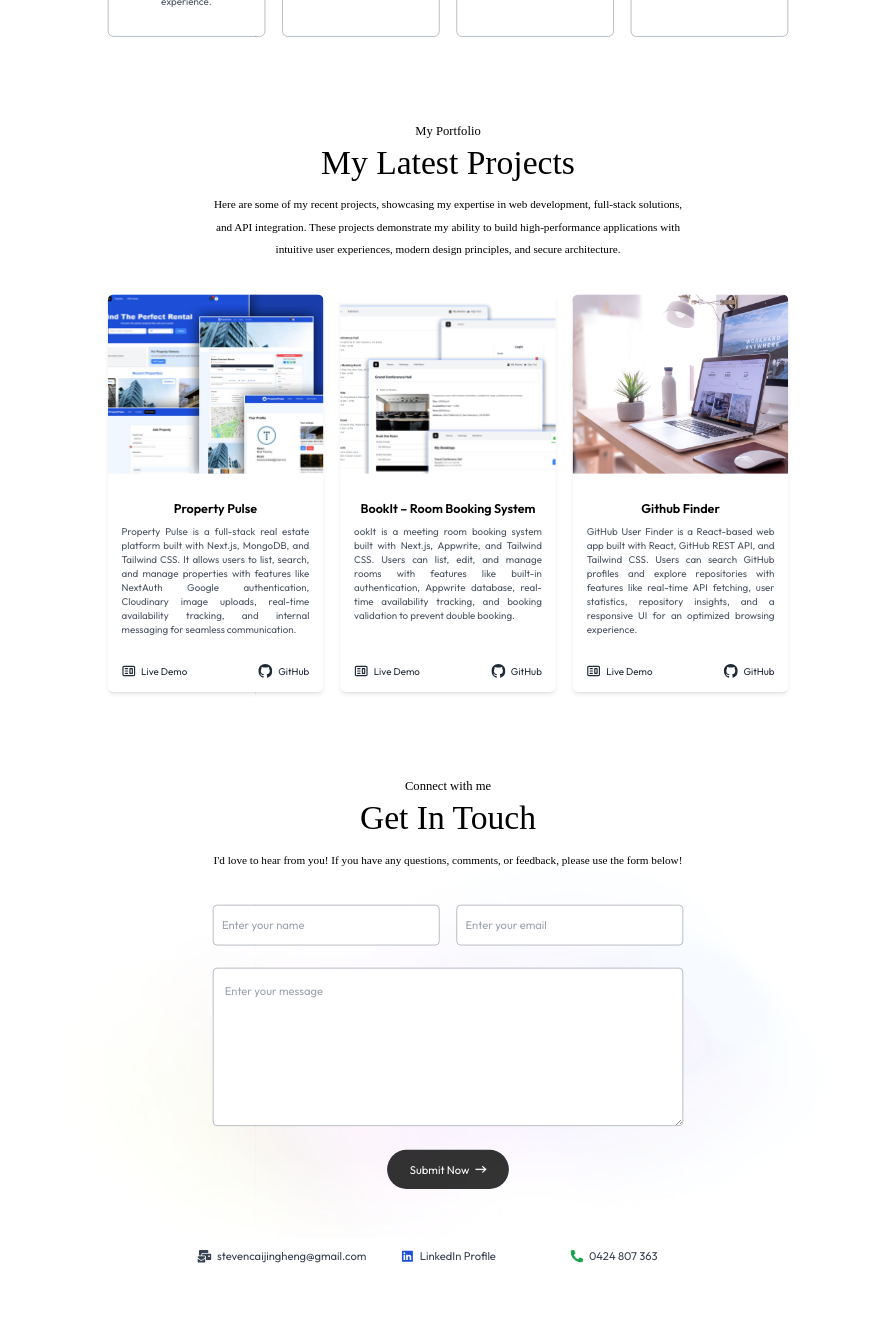
Repository: Steven4cai/profolio
Page: /
These files come from the project's save history. The page is drawn as it stood at one moment and after a run of saves; the edit follows.
The browser window is 1280 px wide. The pictures show the part of the page from y = 2221 to 4141 px (the page is 4241 px tall), at 70% of full size.
Some web fonts or font styles are not loaded; a fallback is used. The project was rebuilt for these pictures with package versions that can differ from the ones it lists, and the page was loaded fresh each time. The framework's server and built-in components were replaced by stand-ins that run in the browser. Also part of the build but not shown: next.config.mjs.

Above is the page before, as saved 2025-02-09 14:47:53.

### app/layout.js
import {Outfit,Ovo} from "next/font/google";
import "./globals.css";

const outfit = Outfit({
  subsets: ["latin"],weight:["400","500","600","700"]
});

const ovo = Ovo({
  subsets: ["latin"],weight:["400"]
});

export const metadata = {
  title: "Profolio - Steven",
  description: "",
};

export default function RootLayout({ children }) {
  return (
    <html lang="en" className="scroll-smooth ">
      <body className={`${outfit.className} ${ovo.className} antialiased leading-8 overflow-x-hidden
      dark:bg-darkTheme dark:text-white`}>
        <main>{children}</main>
      </body>
    </html>
  );
}

### app/page.js
'use client'
import About from "@/components/About";
import Header from "@/components/Header";
import Navbar from "@/components/Navbar";
import Services from "@/components/Services";
import Work from "@/components/Work";
import Contact from "@/components/Contact";
import Footer from "@/components/Footer";
import { useEffect, useState } from "react";

export default function Home() {
  const [isDark,setIsDark] = useState(false)

  useEffect(()=>{
    if(localStorage.theme === 'dark' || (!('theme' in localStorage) && window.matchMedia('(prefers-color-scheme:dark)').matches)){
      setIsDark(true)
    }else{
      setIsDark(false)
    }
  },[])

  useEffect(()=>{
    if(isDark){
      document.documentElement.classList.add('dark')
      localStorage.theme = 'dark'
    }else{
      document.documentElement.classList.remove('dark')
      localStorage.theme = ''
    }
  } ,[isDark])
  return (
    <>
    <Navbar isDark = {isDark} setIsDark = {setIsDark}/>
    <Header isDark = {isDark}/>
    <About isDark = {isDark}/>
    <Services isDark = {isDark}/>
    <Work isDark = {isDark}/>
    <Contact isDark = {isDark}/>
    <Footer isDark = {isDark}/>
    </>
  );
}

### components/About.jsx
import Image from 'next/image'
import React from 'react'
import {assets, infoList, toolsData} from '@/assets/assets'


const About = ({isDark}) => {
  return (
    <div id='about' className='w-full px-[12%] py-10 scroll-mt-20'>
      <h4 className='text-center mb-2 text-lg font-Ovo'>Introduction</h4>
      <h2 className='text-center text-5xl font-Ovo'>About Me</h2>

    <div className='flex w-full flex-col lg:flex-row items-center gap-20 my-20'>
        <div className='w-64 sm:w-80 rounded-3xl max-w-none'>
            <Image src={assets.user_image} alt='user'
            className='w-full rounded-3xl'/>
        </div>
        <div className='flex-1'>
            <p className='mb-10 max-w-2xl font-Ovo'>
            I am a web developer with a background in IT and software
         engineering. I specialize in building scalable and efficient web
          applications, focusing on clean code, performance optimization,
          and user experience. Skilled in both front-end and back-end
          technologies, I am always eager to learn and apply new solutions.
            </p>
            <ul className='grid grid-cols-1 sm:grid-cols-3 gap-6 max-w-2xl'>
                {infoList.map((info,index) => (
                    <li
                    className='border-[0.5px] border-gray-400 rounded-xl p-6
                    cursor-pointer hover:bg-lightHover hover:-translate-y-1 duration-500
                    hover:shadow-black
                    dark:border-white dark:hovr:shadow-white dark:hover:bg-darkHover/50'
                    key={index}>
                        <Image src={isDark ? info.iconDark : info.icon} alt={info.title} className='w-7 mt-3'/>
                        <h3 className='my-4 font-semiblod text-gray-700 dark:text-white'>{info.title}</h3>
                        <p className='text-gray-600 text-sm dark:text-white/80'>{info.description}</p>
                    </li>
                ))}
            </ul>

            <h4 className='my-6 text-gray-700 font-Ovo dark:text-white/80'>Tools I use</h4>


                <ul className='flex items-center gap-3 sm:gap-5'>
                    {toolsData.map((tool,index) => (
                        <li className=
                        'flex items-center justify-center w-12 sm:w-14 aspect-square border border-gray-400 rounded-lg cursor-pointer hover:-translate-y-1 duration-500'
                         key={index}>
                            <Image src={tool} alt='Tool' className='w-5 sm:w-7' />
                        </li>
                    ))}
                </ul>
        </div>
    </div>

    </div>
  )
}

export default About

### components/Header.jsx
import React from 'react'
import Image from 'next/image'
import {assets} from '@/assets/assets'

const Header = () => {
  return (
    <div className=
    'w-11/12 max-w-3xl text-center mx-auto h-screen flex flex-col items-center justify-center gap-4'>
      <div>
        <Image src={assets.profile_img} alt='' className='rounded-full w-32'/>
      </div>
      <h3 className='flex items-end gap-2 text-xl md:text-2xl mb-3 font-Ovo'>Hi! I'm Steven Cai <Image src={assets.hand_icon} alt='' className='w-6'/></h3>
        <h1 className='text-3xl sm:text-6xl lg:text-[66px] font-Ovo'>Frontend web developer based in Sydney</h1>
        <p className='max-w-2xl mx-auto font-Ovo'>
          Web developer with a strong foundation in software engineering,
           specializing in building efficient, scalable, and user-friendly
            applications.
        </p>
        <div className=
        'flex flex-col sm:flex-row items-center gap-4 mt-4'>
            <a href="#contact"
             className='px-10 py-3 border rounded-full bg-black text-white flex items-center gap-2
             dark:bg-transparent'>
                Contact me  <Image src={assets.right_arrow_white} alt='' className='w-4'/></a>
            <a href="/Steven_Cai_ITResume.pdf" download
            className='px-10 py-3 border rounded-full border-gray-500 flex items-center gap-2
            bg-white dark:text-black'
            >My resume  <Image src={assets.download_icon} alt='' className='w-4'/></a>

        </div>


    </div>
  )
}

export default Header

### components/Navbar.jsx
'use client'

import Image from 'next/image'
import React, { useEffect, useState } from 'react'
import {assets} from '@/assets/assets'

const Navbar = ({isDark,setIsDark}) => {
    const [isScroll, setIsScrool] = useState(false)

    const [isMenuOpen, setIsMenuOpen] = useState(false);

    const openMenu = () => {
        setIsMenuOpen(true);
    };

    const closeMenu = () => {
        setIsMenuOpen(false);
    };

    useEffect(()=>{
        window.addEventListener('scroll',()=>{
            if(scrollY > 50){
                setIsScrool(true)
            }else{
                setIsScrool(false)
            }
        })
    } ,[])

    return (
        <>
            <div className='fixed top-0 right-0 w-11/12 -z-10 translate-y-[-80%] dark:hidden'>
                <Image src={assets.header_bg_color} alt='' className='w-full' />
            </div>

            <nav className={`w-full fixed px-5 lg:px-8 xl:px-[8%] py-4 flex
                items-center justify-between z-50 ${isScroll
                ? 'bg-white bg-opacity-50 backdrop-blur-lg shadow-sm dark:bg-darkTheme dark:shadow-white/20'
                : ''}`}>
                <a href="#top">
                    <Image alt='logo' className='w-28 cursor-pointer mr-14 bg-white rounded-full' src={assets.logo} />
                </a>

                <ul className={`hidden md:flex items-center gap-6
                    lg:gap-8 rounded-full px-12 py-3
                    ${isScroll ?'' : 'bg-white shadow-sm bg-opacity-50 dark:border dark:border-white/50 dark:bg-transparent'}`}>
                    <li><a className='font-Ovo' href="#top">Home</a></li>
                    <li><a className='font-Ovo' href="#about">About me</a></li>
                    <li><a className='font-Ovo' href="#services">Services</a></li>
                    <li><a className='font-Ovo' href="#work">My Work</a></li>
                    <li><a className='font-Ovo' href="#contact">Contact me</a></li>
                </ul>

                <div className='flex items-center gap-4'>

                    <button onClick={() => setIsDark(prev => !prev)}>
                        <Image src={isDark ? assets.sun_icon : assets.moon_icon} alt='' className='w-6' />
                    </button>

                    <a href='#contact' className='hidden lg:flex items-center gap-3 px-10 py-2.5
                    border border-gray-500 rounded-full ml-4 font-Ovo
                    dark:border-white/50'>
                        Contact <Image className='w-3' src={isDark ?assets.arrow_icon_dark :assets.arrow_icon} alt='arrowicon' />
                    </a>

                    <button className='block md:hidden ml-3' onClick={openMenu}>
                        <Image src={isDark ?assets.menu_white :assets.menu_black} alt='' className='w-6' />
                    </button>
                </div>

                <ul className={`flex flex-col gap-4 py-20 px-10
                fixed -right-0 top-0 bottom-0 w-64 z-50 h-screen bg-rose-50
                transition duration-500' dark:bg-darkHover dark:text-white
                ${isMenuOpen ? 'translate-x-0' : 'translate-x-[16rem]'} md:hidden`}>
                    {/* Close Button */}
                    <div className='absolute right-6 top-6' onClick={closeMenu}>
                        <Image src={isDark ?assets.close_white :assets.close_black} alt='' className='w-5 cursor-pointer' />
                    </div>

                    <li><a onClick={closeMenu} className='font-Ovo' href="#top">Home</a></li>
                    <li><a onClick={closeMenu} className='font-Ovo' href="#about">About me</a></li>
                    <li><a onClick={closeMenu} className='font-Ovo' href="#services">Services</a></li>
                    <li><a onClick={closeMenu} className='font-Ovo' href="#work">My Work</a></li>
                    <li><a onClick={closeMenu} className='font-Ovo' href="#contact">Contact me</a></li>
                </ul>
            </nav>
        </>
    )
}

export default Navbar;

### components/Services.jsx
import React from "react";
import { TbWorld } from "react-icons/tb";
import { RiStackFill } from "react-icons/ri";
import { AiOutlineApi } from "react-icons/ai";
import { MdSecurity } from "react-icons/md";

export const serviceData = [
  { icon: <TbWorld className="text-4xl text-gray-700 dark:text-white" />, title: 'Frontend Development', description: 'Building modern, responsive, and interactive web applications using React.js, Next.js, and Tailwind CSS to ensure seamless user experience.', link: '' },
  { icon: <RiStackFill className="text-4xl text-gray-700 dark:text-white" />, title: 'Full-Stack Development', description: 'Developing scalable web applications with Next.js, Appwrite, MongoDB, and Firebase, handling both frontend and backend efficiently.', link: '' },
  { icon: <AiOutlineApi className="text-4xl text-gray-700 dark:text-white" />, title: 'API Development & Integration', description: 'Creating and integrating RESTful APIs to enable smooth data communication between systems, ensuring high performance and security.', link: '' },
  { icon: <MdSecurity className="text-4xl text-gray-700 dark:text-white" />, title: 'Authentication & Security', description: 'Implementing secure authentication using NextAuth.js, OAuth, JWT, and Firebase Auth, ensuring data protection and user privacy.', link: '' },
];

const Services = () => {
  return (
    <div id='services' className='w-full px-[12%] py-10 scroll-mt-20'>
      <h4 className='text-center mb-2 text-lg font-Ovo'>What I offer</h4>
      <h2 className='text-center text-5xl font-Ovo'>My Services</h2>

      <p className='text-center max-w-2xl mx-auto mt-5 mb-12 font-Ovo'>
        I design and develop modern, high-performance web applications with
        a focus on efficiency, scalability, and seamless user experience. Whether
        it’s front-end UI/UX, full-stack solutions, or API integrations,
        I build robust and maintainable systems tailored to business needs.
      </p>

      <div className='grid grid-cols-1 sm:grid-cols-2 md:grid-cols-4 gap-6 my-10'>
        {serviceData.map(({ icon, title, description, link }, index) => (
          <div
            className='border border-gray-400 rounded-lg px-8 py-10 flex flex-col items-center text-center
              hover:shadow-black cursor-pointer hover:bg-lightHover hover:-translate-y-1 duration-500
              dark:hover:bg-darkHover dark:hover:shadow-white'
            key={index}
          >
            {icon}
            <h3 className='text-lg my-4 text-gray-700 dark:text-white'>{title}</h3>
            <p className='text-sm text-gray-600 leading-5 dark:text-white/80'>{description}</p>
          </div>
        ))}
      </div>
    </div>
  );
};

export default Services;

### components/Work.jsx
import { assets, workData } from '@/assets/assets';
import React from 'react';
import Image from 'next/image';
import Link from 'next/link';
import { BsGithub } from 'react-icons/bs';
import { CgWebsite } from 'react-icons/cg';

const Work = ({ isDark }) => {
  return (
    <div id="work" className="w-full px-[12%] py-10 scroll-mt-20">
      <h4 className="text-center mb-2 text-lg font-Ovo">My Portfolio</h4>
      <h2 className="text-center text-5xl font-Ovo">My Latest Projects</h2>

      <p className="text-center max-w-2xl mx-auto mt-5 mb-12 font-Ovo">
      Here are some of my recent projects, showcasing my expertise in web
       development, full-stack solutions, and API integration. These projects
        demonstrate my ability to build high-performance applications
         with intuitive user experiences, modern design principles, and secure
         architecture.
      </p>

      <div className="grid grid-cols-1 sm:grid-cols-2 md:grid-cols-3 gap-6 my-10">
  {workData.map((work, index) => (
    <div
      key={index}
      className="flex flex-col bg-white dark:bg-gray-900 rounded-lg shadow-md overflow-hidden group cursor-pointer"
    >
      <div
        className="h-64 bg-cover bg-center transition-transform duration-500 group-hover:scale-105 mb-4"
        style={{ backgroundImage: `url(${work.bgImage})` }}
      ></div>

      <div
        className="p-5 w-full flex flex-col flex-grow transition-all duration-500 group-hover:-translate-y-2"
      >
        <h2 className="font-semibold text-lg dark:text-white text-center">
          {work.title}
        </h2>
        <p className="text-sm text-gray-600 dark:text-gray-300 mt-2 text-justify flex-grow">
          {work.description}
        </p>

        <div className="mt-10 flex justify-between items-center">
          <Link
            href={work.website}
            target="_blank"
            className="flex items-center gap-2 text-sm text-gray-800 dark:text-white hover:text-blue-500 transition-colors"
          >
            <CgWebsite className="text-xl" /> Live Demo
          </Link>

          <Link
            href={work.github}
            target="_blank"
            className="flex items-center gap-2 text-sm text-gray-800 dark:text-white hover:text-gray-600 transition-colors"
          >
            <BsGithub className="text-xl" /> GitHub
          </Link>
        </div>
      </div>
    </div>
  ))}
</div>

    </div>
  );
};

export default Work;

### components/Contact.jsx
'use client'
import { assets } from '@/assets/assets'
import React,{ useState } from 'react'
import Image from 'next/image'
import { FaPhoneAlt,FaMailBulk } from "react-icons/fa";
import Link from 'next/link';
import { AiFillLinkedin } from "react-icons/ai";
const Contact = () => {

    const [result, setResult] = React.useState("");

  const onSubmit = async (event) => {
    event.preventDefault();
    setResult("Sending....");
    const formData = new FormData(event.target);

    formData.append("access_key", "d1d257f8-3b83-45d6-8d1c-4f4ca340e588");

    const response = await fetch("https://api.web3forms.com/submit", {
      method: "POST",
      body: formData
    });

    const data = await response.json();

    if (data.success) {
      setResult("Form Submitted Successfully");
      event.target.reset();
    } else {
      console.log("Error", data);
      setResult(data.message);
    }
  };


  return (
    <div id='contact' className='w-full px-[12%] py-10 scroll-mt-20 bg-[url("/footer-bg-color.png")] bg-no-repeat
    bg-center bg-[length:90%_auto] dark:bg-none'>
        <h4 className='text-center mb-2 text-lg font-Ovo'>Connect with me</h4>
        <h2 className='text-center text-5xl font-Ovo'>Get In Touch</h2>

        <p className='text-center max-w-2xl mx-auto mt-5 mb-12 font-Ovo'>
       I'd love to hear from you! If you have any questions, comments, or feedback, please use the form below!
        </p>

        <form onSubmit={onSubmit} className='max-w-2xl mx-auto'>
            <div className='grid grid-cols-auto gap-6 mt-10 mb-8'>
                <input
                className='flex-1 p-3 outline-none border-[0.5px] border-gray-400 rounded-md bg-white
                dark:bg-darkHover/30 dark:border-white/90'
                type="text" placeholder='Enter your name' required name="name" />
                <input
                className='flex-1 p-3 outline-none border-[0.5px] border-gray-400 rounded-md bg-white
                dark:bg-darkHover/30 dark:border-white/90'
                type="email" placeholder='Enter your email' required name="email" />
            </div>
            <textarea
            className='w-full p-4 outline-none border-[0.5px] border-gray-400 rounded-md bg-white mb-6
            dark:bg-darkHover/30 dark:border-white/90'
            rows={6} placeholder='Enter your message'  name="message" required></textarea>
            <button
            className='py-3 px-8 w-max flex items-center justify-between gap-2 bg-black/80 text-white rounded-full
            mx-auto hover:bg-black duration-500 dark:bg-transparent dark:border-[0.5px] dark:hover:bg-darkHover'
            type='submit'>
                Submit Now <Image src={assets.right_arrow_white} alt='' className='w-4'/>
            </button>

            <p className='mt-4'>{result}</p>
            <div className='mt-20'>
            <div className="grid grid-cols-1 sm:grid-cols-2 md:grid-cols-3 gap-10 justify-items-center my-10">
  {/* 📧 邮件 */}
  <Link href="mailto:stevencaijingheng@gmail.com">
    <div className="flex items-center gap-2 cursor-pointer hover:text-blue-500 transition">
      <FaMailBulk className="text-xl text-gray-700 dark:text-white" />
      <span className="text-gray-700 dark:text-white">stevencaijingheng@gmail.com</span>
    </div>
  </Link>

  {/* 🔗 LinkedIn */}
  <Link href="https://www.linkedin.com/in/stevencai1" target="_blank" rel="noopener noreferrer">
    <div className="flex items-center gap-2 cursor-pointer hover:text-blue-500 transition">
      <AiFillLinkedin className="text-blue-700 dark:text-blue-400 text-xl" />
      <span className="text-gray-700 dark:text-white">LinkedIn Profile</span>
    </div>
  </Link>

  {/* 📞 电话 */}
  <div className="flex items-center gap-2">
    <FaPhoneAlt className="text-green-600 text-lg" />
    <span className="text-gray-700 dark:text-white">0424 807 363</span>
  </div>
</div>

      </div>
        </form>
    </div>
  )
}

export default Contact

### components/Footer.jsx
import Image from 'next/image'
import React from 'react'
import { assets } from '@/assets/assets'


const Footer = ({ isDark }) => {
  const currentYear = new Date().getFullYear();

  return (




      <div className='text-center border-t border-gray-400 mx-[10%] mt-12 py-6'>
        <p>&copy; {currentYear} Steven Cai. All rights reserved.</p>
      </div>

  )
}

export default Footer;

### tailwind.config.mjs
/** @type {import('tailwindcss').Config} */
export default {
  content: [
    "./pages/**/*.{js,ts,jsx,tsx,mdx}",
    "./components/**/*.{js,ts,jsx,tsx,mdx}",
    "./app/**/*.{js,ts,jsx,tsx,mdx}",
  ],
  theme: {
    extend: {
      colors: {
        lightHover: '#fcf4ff',
        darkHover: '#2a004a',
        darkTheme: '#11001F'
      },
      fontFamily:{
        Outfit:["Outfit", "sans-serif"],
        Ovo: ["Ovo", "serif"]
      },
      boxShadow:{
        'black': '4px 4px 0 #000',
        'white': '4px 4px 0 #fff',
      },
      gridTemplateColumns:{
        'auto':'repeat(auto-fit,minmax(200px,1fr))'
      }
    },
  },
  darkMode: 'selector',
  plugins: [],
};

Loaded but not shown: app/globals.css (common file); assets/assets.js (123 lines, source omitted)

After the next 2 saves:
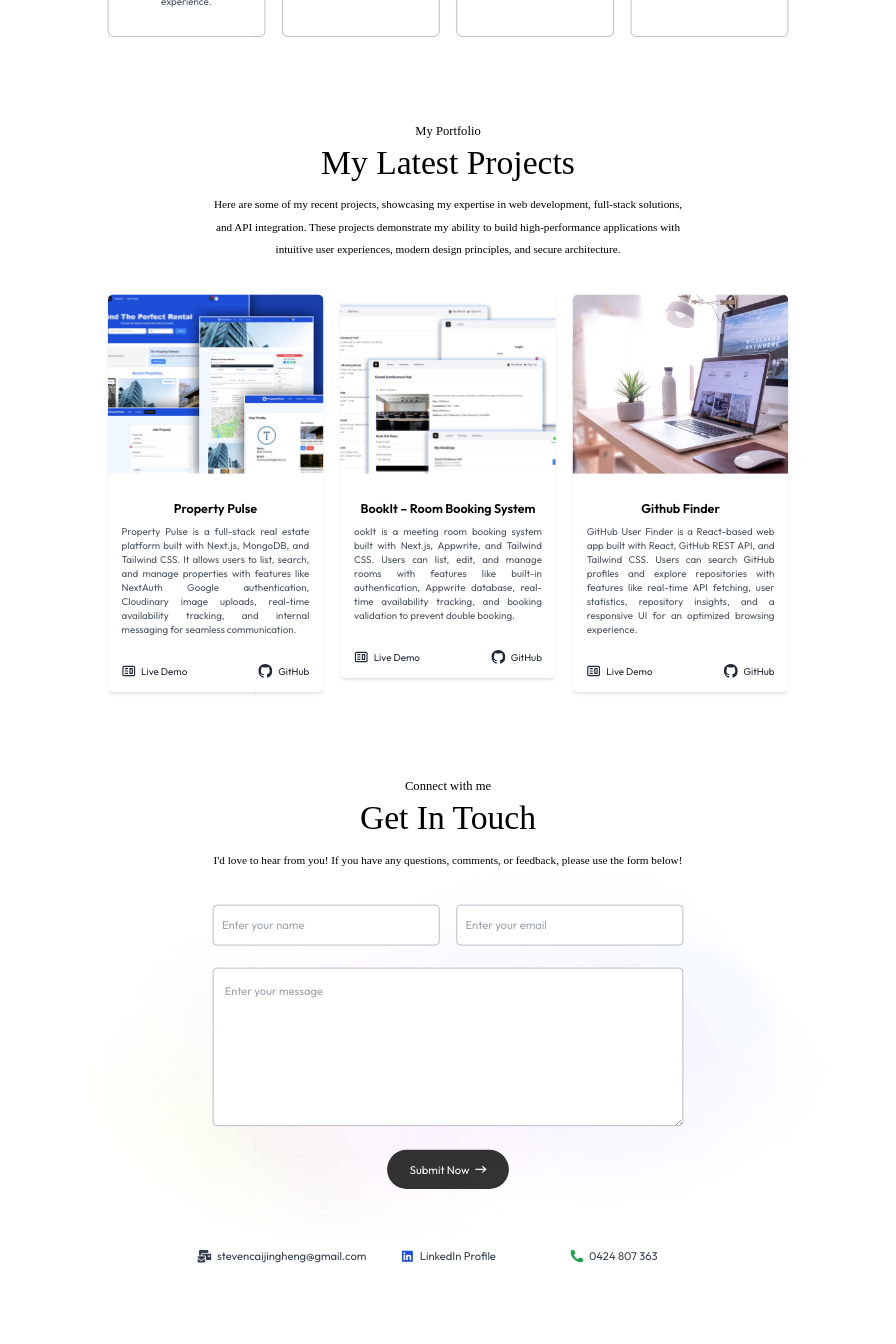
The 2 saves are shown as one change because they came seconds apart.
The last was saved 2 min 25 s later.
--- a/components/Work.jsx
+++ b/components/Work.jsx
@@ -21,8 +21,8 @@ const Work = ({ isDark }) => {
 
       <div className="grid grid-cols-1 sm:grid-cols-2 md:grid-cols-3 gap-6 my-10">
   {workData.map((work, index) => (
+    <Link href={work.website} target="_blank"  key={index}>
     <div
-      key={index}
       className="flex flex-col bg-white dark:bg-gray-900 rounded-lg shadow-md overflow-hidden group cursor-pointer"
     >
       <div
@@ -59,6 +59,7 @@ const Work = ({ isDark }) => {
         </div>
       </div>
     </div>
+    </Link>
   ))}
 </div>
 
